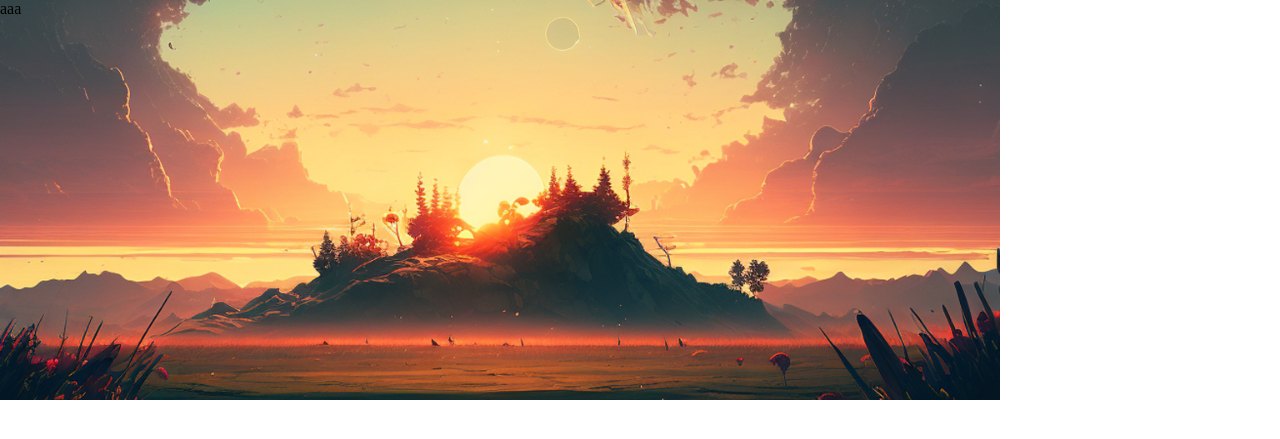
Repository: TheBiggestFatCat/myblog-frontend
Page: /
These files come from the project's save history. The page is drawn as it stood at one moment and after the next save; the edit follows.
The browser window is 1280 px wide. The pictures show the whole page.
The project was rebuilt for these pictures with package versions that can differ from the ones it lists, and the page was loaded fresh each time. Also part of the build but not shown: vite.config.ts.

Above is the page before, as saved 2023-02-26 08:21:18.

### src/style.css
* {
  margin: 0;
  padding: 0;
}

/* :root {
  font-family: Inter, system-ui, Avenir, Helvetica, Arial, sans-serif;
  line-height: 1.5;
  font-weight: 400;

  color-scheme: light dark;
  color: rgba(255, 255, 255, 0.87);
  background-color: #242424;

  font-synthesis: none;
  text-rendering: optimizeLegibility;
  -webkit-font-smoothing: antialiased;
  -moz-osx-font-smoothing: grayscale;
  -webkit-text-size-adjust: 100%;
}

a {
  font-weight: 500;
  color: #646cff;
  text-decoration: inherit;
}
a:hover {
  color: #535bf2;
}

body {
  margin: 0;
  display: flex;
  place-items: center;
  min-width: 320px;
  min-height: 100vh;
}

h1 {
  font-size: 3.2em;
  line-height: 1.1;
}

button {
  border-radius: 8px;
  border: 1px solid transparent;
  padding: 0.6em 1.2em;
  font-size: 1em;
  font-weight: 500;
  font-family: inherit;
  background-color: #1a1a1a;
  cursor: pointer;
  transition: border-color 0.25s;
}
button:hover {
  border-color: #646cff;
}
button:focus,
button:focus-visible {
  outline: 4px auto -webkit-focus-ring-color;
}

.card {
  padding: 2em;
}

#app {
  max-width: 1280px;
  margin: 0 auto;
  padding: 2rem;
  text-align: center;
}

@media (prefers-color-scheme: light) {
  :root {
    color: #213547;
    background-color: #ffffff;
  }
  a:hover {
    color: #747bff;
  }
  button {
    background-color: #f9f9f9;
  }
} */

### src/App.vue
<script setup lang="ts">
import Home from './components/Home/Home.vue';
</script>

<template>
  <Home/>
</template>

<style scoped>
</style>

### src/components/Home/Home.vue
<template>
  <div class="home">
    aaa
  </div>
</template>

<script lang='ts' setup>
</script>

<style lang="less" scoped>
.home {
  width: 1000px;
  height: 400px;
  background-image: url(@/assets/pics/home1.jpg);
  background-size: cover;
  background-position: 0 -200px;
  backdrop-filter: blur(10px);
}

// .home::before {
//   content: "";
//   position: fixed;
//   top: 0;
//   left: 0;
//   width: 100vw;
//   height: 400px;
//   // width: 100%;
//   // height: 100%;
//   background-image: url(@/assets/pics/home1.jpg);
//   background-size: cover;
//   filter: blur(4px); /* 设置模糊半径 */
//   opacity: 0.5; /* 设置不透明度 */
//   z-index: -1; /* 将遮罩层放在最底层 */
// }
</style>

Loaded but not shown: index.html (common file); src/main.ts (common file)

After the next save:
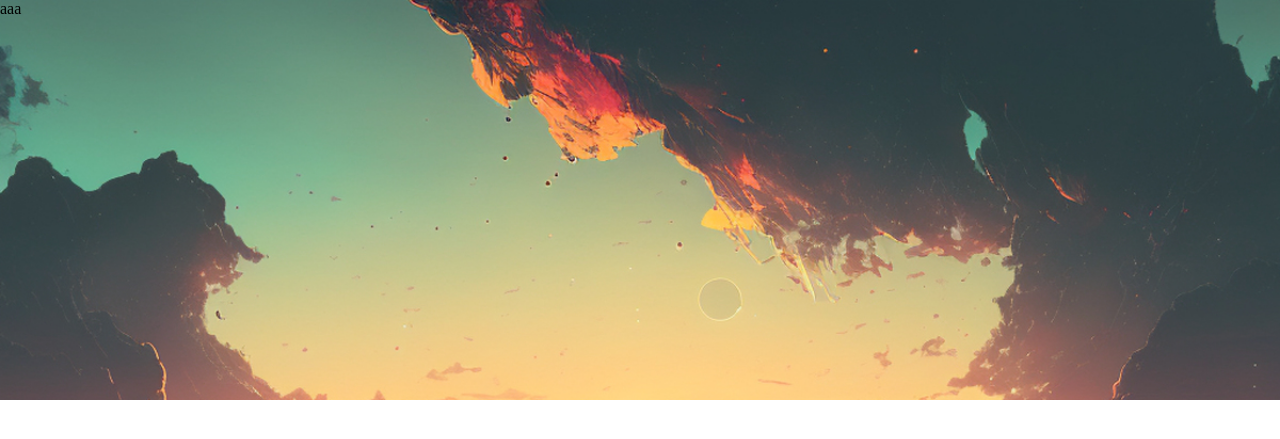
Saved 28 s later.
--- a/src/components/Home/Home.vue
+++ b/src/components/Home/Home.vue
@@ -11,25 +11,25 @@
 .home {
   width: 1000px;
   height: 400px;
+  // background-image: url(@/assets/pics/home1.jpg);
+  // background-size: cover;
+  // background-position: 0 -200px;
+}
+
+.home::before {
+  content: "";
+  position: fixed;
+  top: 0;
+  left: 0;
+  width: 100vw;
+  height: 400px;
+  // width: 100%;
+  // height: 100%;
   background-image: url(@/assets/pics/home1.jpg);
   background-size: cover;
-  background-position: 0 -200px;
   backdrop-filter: blur(10px);
+  // filter: blur(4px); /* 设置模糊半径 */
+  // opacity: 0.5; /* 设置不透明度 */
+  z-index: -1; /* 将遮罩层放在最底层 */
 }
-
-// .home::before {
-//   content: "";
-//   position: fixed;
-//   top: 0;
-//   left: 0;
-//   width: 100vw;
-//   height: 400px;
-//   // width: 100%;
-//   // height: 100%;
-//   background-image: url(@/assets/pics/home1.jpg);
-//   background-size: cover;
-//   filter: blur(4px); /* 设置模糊半径 */
-//   opacity: 0.5; /* 设置不透明度 */
-//   z-index: -1; /* 将遮罩层放在最底层 */
-// }
 </style>
